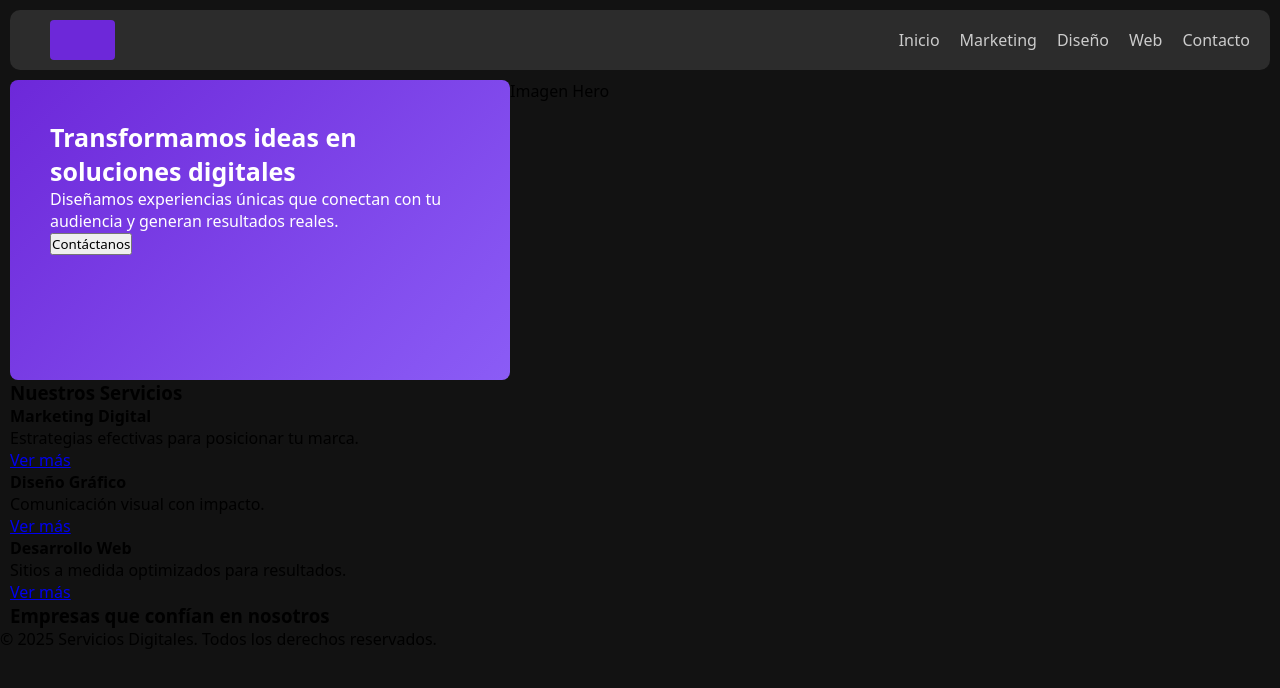
Repository: santinogarrone/TrabajoAgustin
Page: html/index.html
The author's editor kept a copy of each file at every save. The page is drawn from the files as they stood at one save, then again after the next save.
The browser window is 1280 px wide. The pictures show the whole page.

Above is the page before, as saved 2025-05-02 12:09:53.

### html/index.html
<!DOCTYPE html>
<html lang="en">
<head>
    <meta charset="UTF-8">
    <meta name="viewport" content="width=device-width, initial-scale=1.0">
    <link rel="stylesheet" href="../css/style.css">
    <title>Página de Agustin</title>
</head>
<body>

    <header>
        <nav class="nav-bar">
            <div class="cuadrado-violeta">

            </div>


            <ul class="nav-list">
                <li class="nav-item"><a href="">Inicio</a></li>
                <li class="nav-item"><a href="">Marketing</a></li>
                <li class="nav-item"><a href="">Diseño</a></li>
                <li class="nav-item"><a href="">Web</a></li>
                <li class="nav-item"><a href="">Contacto</a></li>
            </ul>

            <button class="menu-icon" aria-label="menu">
                <span class="menu-line"></span>
                <span class="menu-line"></span>
                <span class="menu-line"></span>
            </button>
        </nav>
    </header>
        <main>

            <section class="main-contact">
                <div class="contacto">
                    <h2 class="tit-contacto">Transformamos ideas en soluciones digitales</h2>
                    <p class="explicacion">Diseñamos experiencias únicas que conectan con tu audiencia y generan resultados reales.</p>

                    <button class="boton-contactar" onclick="location.href='../html/contacto.html'">
                        Contáctanos
                    </button>
                </div>

                <div class="img-hero">
                    Imagen Hero
                </div>
            </section>

            <section class="servicios">
                <h3>Nuestros Servicios</h3>

                <div class="card">
                    <h4>Marketing Digital</h4>
                    <p>Estrategias efectivas para posicionar tu marca.</p>
                    <a href="../html/marketing.html">Ver más</a>
                </div>

                <div class="card">
                    <h4>Diseño Gráfico</h4>
                    <p>Comunicación visual con impacto.</p>
                    <a href="#">Ver más</a>
                </div>

                <div class="card">
                    <h4>Desarrollo Web</h4>
                    <p>Sitios a medida optimizados para resultados.</p>
                    <a href="#">Ver más</a>
                </div>

            </section>

            <section class="empresas">
                <h3>Empresas que confían en nosotros</h3>
                <article class="logos">
                    <div class="logo"></div>
                    <div class="logo"></div>
                    <div class="logo"></div>
                    <div class="logo"></div>
                </article>

            </section>

        </main>

    <footer>
        <div class="ftr">
            <p>&copy; 2025 Servicios Digitales. Todos los derechos reservados.</p>
        </div>
    </footer>
</body>
</html>

### css/style.css
@import url(./global.css);

*{
    margin: 0;
    padding: 0;
    box-sizing: border-box;
    font-family: var(--font-family);
}


body{
    background-color: var(--fondo-color);
    height: 100%;
}
main{
    margin: 0 10px;
}

header{
    padding: 10px;
}
.cuadrado-violeta{
    display: block;
    width: 65px;
    height: 40px;
    background-color: var(--primary-color-original);
    border-radius: 4px;
    margin-left: 20px;
}


.nav-bar {
    display: flex;
    align-items: center;
    justify-content: space-between;
    background-color: #2c2c2c;
    padding: 10px 20px;
    border-radius: 10px;
    position: relative;
  }

  .menu-icon {
    display: none;
  }

  .menu-line {
    height: 4px;
    background-color: white;
    border-radius: 2px;
    width: 100%;
  }

  .nav-list {
    display: flex;
    gap: 20px;
    list-style: none;
    margin: 0;
    padding: 0;
  }

  .nav-item a {
    color: #ccc;
    text-decoration: none;
  }

  .main-contact{
    display: flex;
  }
  .main-contact .contacto{
    background: var(--primary-color-gradient);
    border-radius: 8px;
    color: var(--texto-color);
    padding: 40px;
    max-width: 500px;
    height: 300px;
    flex-direction: column;
  }

  .tit-contacto{
    font-size: 25px;
  }

@media (375px >= width) {

    .hero-img{
        display: none;
    }
    .hero-texto p{
        display: none;
    }
    body{
        background-color: var(--fondo-color);
        height: 100%;
    }

    header{
        background-color: var(--superficie-dos);
        position: sticky;
        top: 0;
        margin: 0;
        border-radius: 0;
    }

    main{
        margin: 0px;
    }
    .explicacion{
        display: none;
    }

    .nav-list{
        display: none;
    }

    .img-hero{
        display: none;
    }
    .cuadrado-violeta{
        display: block;
        width: 65px;
        height: 40px;
        background-color: var(--primary-color-original);
        border-radius: 4px;
        margin-left: 20px;
    }

    .menu-icon{
        width: 30px;
        height: 30px;
        background: transparent;
        display: flex;
        flex-direction: column;
        gap: 4px;
        height: fit-content;
        border: none;
    }

    .menu-line{
        width: 100%;
        height: 4px;
        background-color: var(--texto-color);
        border: none;
        border-radius: 4px;

    }

    .nav-bar{
        display: flex;
        justify-content: space-between;
        align-items: center;
        padding: 5px 16px;
    }


    .main-contact{
        display: flex;
        padding: 24px;
        justify-content: center;
        align-items: center;
    }

    .contacto{
        display: block;
        padding: 34px;
        background: var(--primary-color-gradient);
        border-radius: 10px;
        color: var(--texto-color);
        height: auto;
        font-size: 12px;
    }

    .contacto .tit-contacto{
        text-align: center;
        align-items: center;
        font-weight: bold;
        margin-top: 30px;
    }

    .boton-contactar{
        display: block;
        margin: 0 auto;
        margin-bottom: 20px;
        margin-top: 12px;
        padding: 5px 20px;
        color: var(--primary-claro);
        background-color: var(--fondo-color);
        border-radius: 6px;
        cursor: pointer;
    }

    .servicios{
        display: flex;
        flex-direction: column;
        margin: 0 20px;
    }

    .servicios h3{
        color: var(--texto-color);
    }

    .card{
        margin-top: 5px;
        align-items: center;
        justify-content: center;
        background-color: var(--superficie-dos);
        border-radius: 8px;
        padding: 12px;
        margin-bottom: 15px;
    }

    .card h4{
        color: var(--texto-color);
    }

    .card p{
        color: var(--texto-secundario);
        padding-bottom: 20px;
    }

    .card a{
        display: inline-block;
        margin-bottom: 20px;
        color: var(--texto-color);
        cursor: pointer;
    }

    .empresas{
        display: flex;
        flex-direction: column;
        align-items: flex-start;
        margin-left: 20px;
    }

    .empresas h3{
        color: var(--texto-color);
        margin-bottom: 1rem;
    }

    .logos{
        margin-top: 5px;
        width: 335px;
        display: flex;
        justify-content: center;
        align-items : center;
        gap: 5px;
        background-color: var(--superficie-dos);
        border-radius: 8px;
        padding: 20px;
        margin-bottom: 10px;
    }

    .logo{
        width: 60px;
        height: 30px;
        background-color: #444444;
        border-radius: 5px;
    }

    .ftr{
        background-color: var(--superficie-dos);
        border-radius: 8px;
        text-align: center;
        margin: 15px 10px;
        padding: 16px;
        color: var(--texto-secundario);
    }
}

### css/global.css
:root{
    --primary-color-gradient : linear-gradient(135deg, #6D28D9, #8B5CF6);
    --primary-color-original : #6D28D9;
    --primary-claro : #8b5cf6;
    --secundary-color : #10b981;
    --acento-color : #f5930b;
    --fondo-color : #121212;
    --superficie-color : #1e1e1e;
    --superficie-dos : #2d2d2d;
    --texto-secundario : #A0A0A0;

    --texto-color : #fff;
    --font-family : 'system-ui'
}

After the next save:
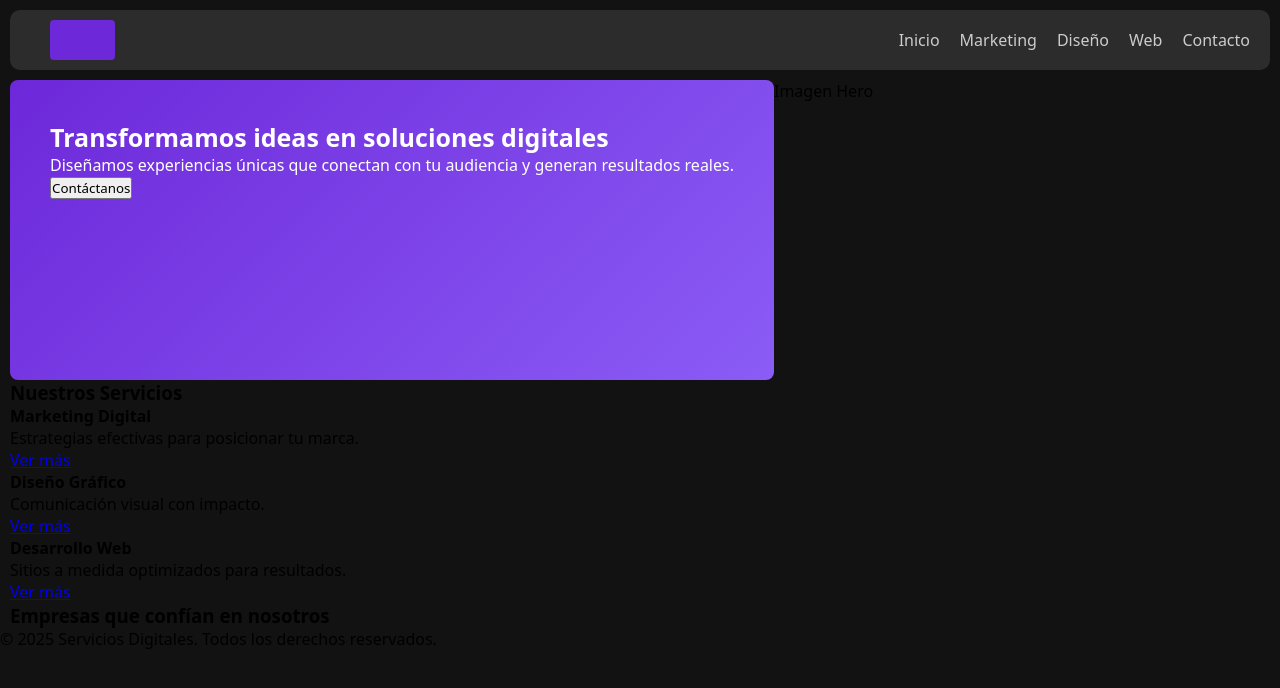
Saved 4 s later.
--- a/css/style.css
+++ b/css/style.css
@@ -71,7 +71,7 @@ header{
     border-radius: 8px;
     color: var(--texto-color);
     padding: 40px;
-    max-width: 500px;
+    max-width: 900px;
     height: 300px;
     flex-direction: column;
   }
